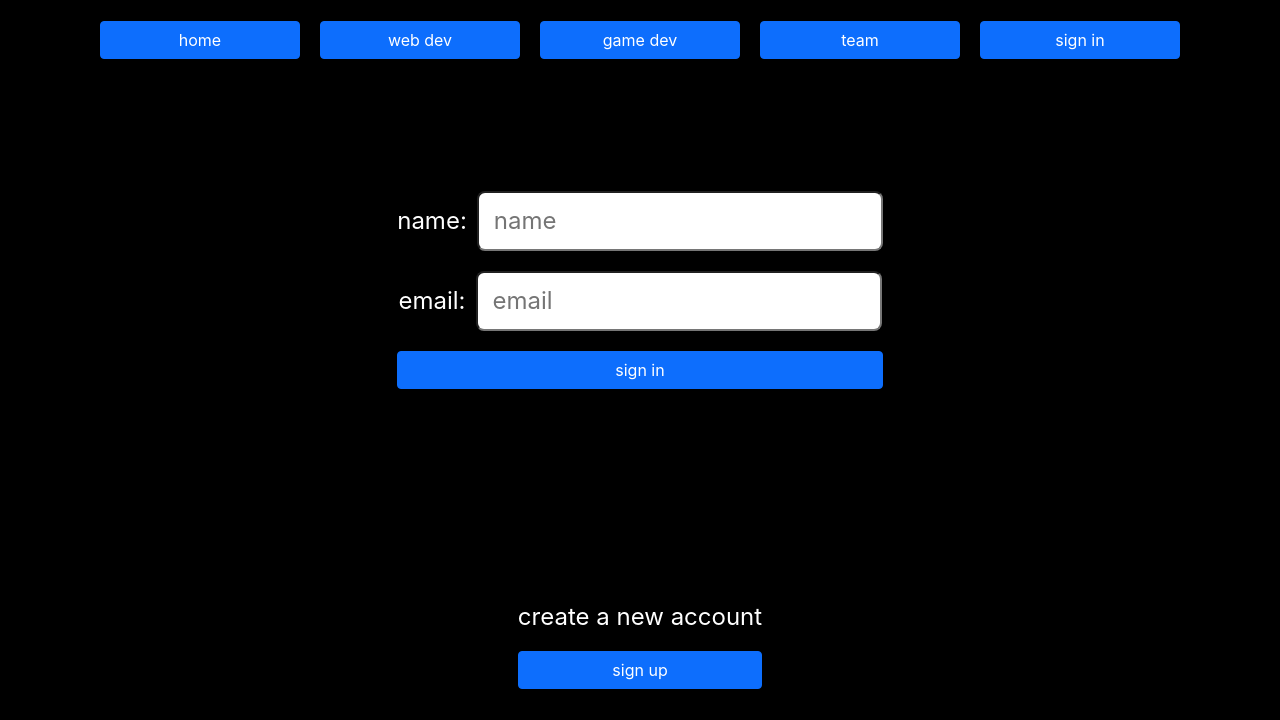
Repository: romAtam/5778
Page: /signin
These files come from the project's save history. The page is drawn as it stood at one moment and after the next save; the edit follows.
The browser window is 1280 px wide. The pictures show the whole page.
The project was rebuilt for these pictures with package versions that can differ from the ones it lists, and the page was loaded fresh each time. Also part of the build but not shown: src/Pages/Home.js, src/Pages/Game.js, src/Pages/Web.js, src/Pages/Team.js, src/Pages/User.js, src/Pages/Register.js.

Above is the page before, as saved 2021-12-12 11:44:05.

After the next save:
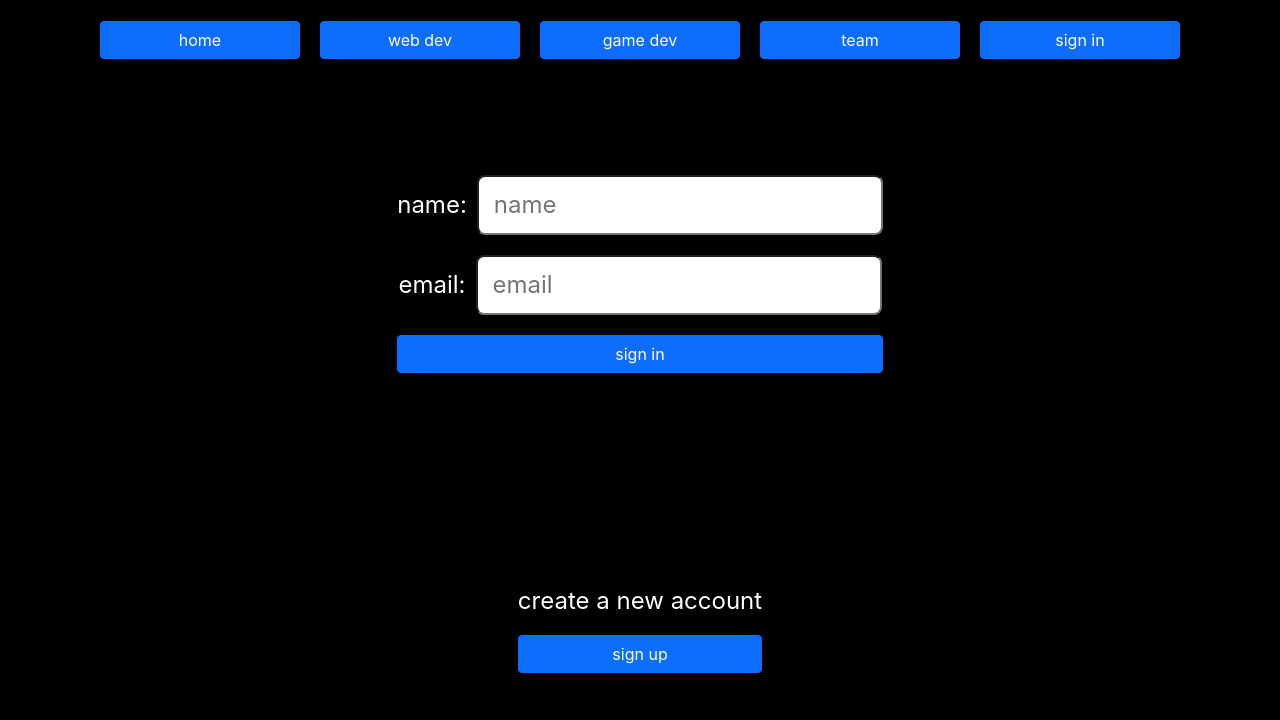
Saved 33 s later.
--- a/src/Pages/Signin.js
+++ b/src/Pages/Signin.js
@@ -33,6 +33,7 @@ display:grid;
 font-size:1.5rem;
 justify-content:center;
 align-items:center;
+padding:2rem 1rem;
 `
 const Input=styled.input`
 padding:10px 15px;
